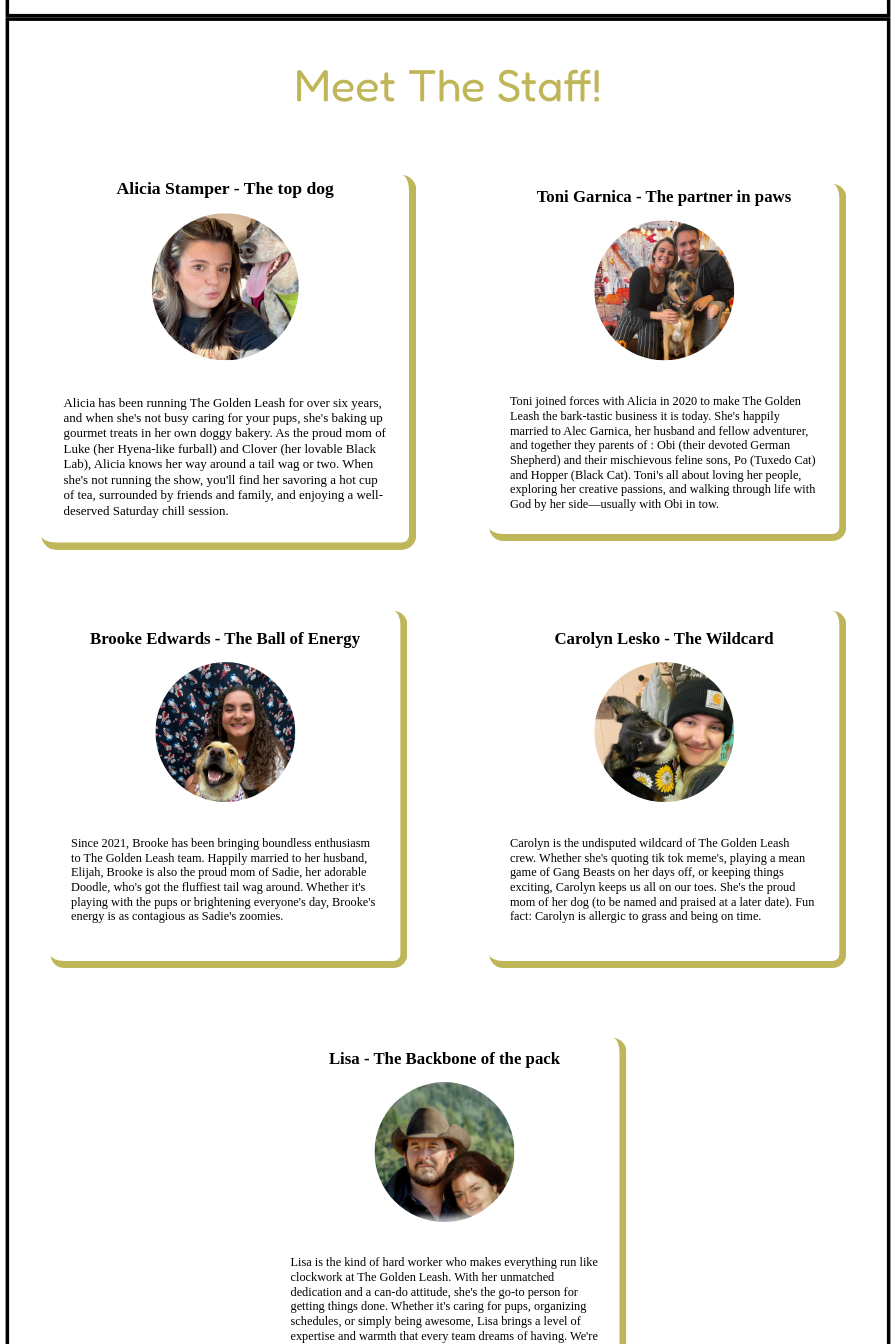
Repository: Aworminator/Thegoldenleash
Page: index.html
An editor plug-in stored every save of this project. The page is shown before and after the next save, followed by the edit.
The browser window is 1280 px wide. The pictures show the part of the page from y = 1817 to 3737 px (the page is 3873 px tall before and 3878 px after), at 70% of full size.
The pointer rests on the first visible `.card`.

Above is the page before, as saved 2025-06-26 16:21:53.

### index.html
<!DOCTYPE html>
<html lang="en">
  <head>
    <meta charset="UTF-8" />
    <meta name="viewport" content="width=device-width, initial-scale=1.0" />
    <title>The Golden Leash</title>
    <link
      rel="stylesheet"
      href="https://cdnjs.cloudflare.com/ajax/libs/font-awesome/6.5.0/css/all.min.css"
      integrity="sha512-..."
      crossorigin="anonymous"
      referrerpolicy="no-referrer"
    />
    <link rel="stylesheet" href="style.css" />
    <link rel="preconnect" href="https://fonts.googleapis.com" />
    <link rel="preconnect" href="https://fonts.gstatic.com" crossorigin />
    <link
      href="https://fonts.googleapis.com/css2?family=Fredoka:wght@300..700&display=swap"
      rel="stylesheet"
    />

    <!-- <h1>Welcome to the golden leash</h1> -->
  </head>
  <body>
    <section class="home-page">
      <div class="image-container">
        <div>
          <img src="./Images/GoldenLeashLogo No Nose.png" class="logo" />
        </div>

        <ul class="list">
          <li class="story">Our Story</li>
          <li>Services</li>
          <li>Contact Us</li>
        </ul>
      </div>
    </section>

    <section class="our-story">
      <h1>Our Story</h1>
      <p class="story-info">
        Lorem ipsum odor amet, consectetuer adipiscing elit. Aenean quis
        bibendum condimentum mauris primis integer sollicitudin porttitor.
        Blandit condimentum aptent condimentum orci rhoncus pellentesque euismod
        a. Varius imperdiet fermentum aptent mollis sem eu. Mattis ante pharetra
        quisque nam odio nascetur per. Vitae pellentesque massa facilisi
        maecenas ligula felis. Tristique pulvinar iaculis inceptos lectus elit
        fusce. <br /><br />
        Nisl erat purus sem imperdiet varius erat taciti cursus. Leo ante lectus
        potenti lacus viverra senectus commodo fringilla. Imperdiet est
        parturient ornare imperdiet tempor vulputate. Parturient porttitor
        quisque platea turpis vel porta. Torquent feugiat curabitur posuere
        hendrerit ipsum eros vel erat. Aenean netus proin arcu taciti nec
        efficitur ullamcorper.
      </p>
    </section>

    <section class="services">
      <h1>Services</h1>
      <div class="icon-container">
        <i class="fa-solid fa-house" id="icon"></i>
        <i class="fa-solid fa-dog" id="icon"></i>
        <i class="fa-solid fa-paw" id="icon"></i>
        <i class="fa-solid fa-bath" id="icon"></i>
      </div>
      <h1>Click for Info</h1>
      <p class="service-info">
        At The Golden Leash, we bring personalized care directly to you! Our
        team will stop by to check on your dog and take them for a walk tailored
        to their needs. Each walk typically lasts around 45 minutes, giving your
        pup plenty of exercise and attention. <br /><br />
        Your dog's safety and well-being are our top priorities. That’s why we
        monitor the weather closely, ensuring your furry friend isn’t exposed to
        unsafe conditions. We avoid walks in temperatures below 28°F, and during
        extreme heat, we’ll adjust walk times to protect your dog’s paws from
        hot sidewalks. Because your dog deserves the very best care—rain, shine,
        or snow!
      </p>
    </section>

    <section class="staff">
      <h1>Meet The Staff!</h1>
      <div id="staff-cards"></div>
    </section>
    <script src="script.js"></script>
  </body>
</html>

### style.css
h1 {
  font-family: "Fredoka", serif;
  font-optical-sizing: auto;
  font-weight: 400; /* Replace <weight> with a valid value */
  font-style: normal;
  color: #bfb65a;
  font-variation-settings: "wdth" 100;
  text-align: center;
  font-size: 4em;
}

.image-container {
  display: flex;
  flex-direction: row;
  justify-content: space-around;
}

.home-page {
  border: black solid 5px;
  min-height: 50vh;
}

.services,
.staff,
.our-story {
  border: black solid 5px;
  min-height: 600px;
}

.logo {
  height: 600px;
  width: auto;
}

.list {
  font-size: 3em;
  padding: 50px;
}

li {
  margin-bottom: 80px;
}

.icon-container {
  display: flex;
  justify-content: center;
}

#icon {
  background-color: #bfb65a;
  height: 100px;
  width: 100px;
  border-radius: 50%;
  display: flex;
  justify-content: center;
  align-items: center;
  font-size: 2em;
  margin: 30px;
}

#icon:hover {
  transform: scale(1.1);
  transition: transform 0.2s;
}

#icon:active {
  transform: scale(0.9);
  transition: transform 0.2s;
}

.service-info,
.story-info {
  text-align: center;
  font-size: 1.5rem;
  margin: 100px;
}

.service-info {
  display: none;
  background-color: rgb(182, 182, 182);
  border-radius: 10px;
  padding: 5px;
  animation: slide-fwd-tr 1.3s cubic-bezier(0.25, 0.46, 0.45, 0.94) both;
}

.card {
  height: 500px;
  width: 500px;
  border: none;
  border-bottom: 10px solid #bfb65a;
  border-right: 10px solid #bfb65a;
  border-radius: 20px;
  display: flex;
  flex-direction: column;
  justify-content: center;
  align-items: center;
  margin: 50px;
}

.card:hover {
  transform: scale(1.05);
  transition: transform 0.2s;
}

.profile-pic {
  height: 200px;
  border-radius: 50%;
  object-fit: cover;
  object-position: top;
  width: 200px;
}

#staff-cards {
  display: flex;
  flex-direction: row;
  flex-wrap: wrap;
  align-items: center;
  justify-content: space-around;
}

.staff-info {
  padding: 30px;
  font-size: 1.1em;
}

@keyframes slide-fwd-tr {
  0% {
    opacity: 0%;
    transform: translateZ(180px) translateY(120px) translateX(-120px);
  }
  100% {
    opacity: 100%;
    transform: translateZ(0px) translateY(0px) translateX(0px);
  }
}

@media (max-width: 900px) {
  .image-container {
    flex-direction: column;
    align-items: center;
  }
}

### script.js
const staffMembers = [
  {
    name: "Alicia Stamper",
    title: "The top dog",
    image: "./Images/Staff Pictures/Alicia TGL Picture.jpg",
    info: "Alicia has been running The Golden Leash for over six years, and when she's not busy caring for your pups, she's baking up gourmet treats in her own doggy bakery. As the proud mom of Luke (her Hyena-like furball) and Clover (her lovable Black Lab), Alicia knows her way around a tail wag or two. When she's not running the show, you'll find her savoring a hot cup of tea, surrounded by friends and family, and enjoying a well-deserved Saturday chill session.",
  },
  {
    name: "Toni Garnica",
    title: "The partner in paws",
    image: "./Images/Staff Pictures/Toni TGL Picture.jpg",
    info: "Toni joined forces with Alicia in 2020 to make The Golden Leash the bark-tastic business it is today. She's happily married to Alec Garnica, her husband and fellow adventurer, and together they parents of : Obi (their devoted German Shepherd) and their mischievous feline sons, Po (Tuxedo Cat) and Hopper (Black Cat). Toni's all about loving her people, exploring her creative passions, and walking through life with God by her side—usually with Obi in tow.",
  },
  {
    name: "Brooke Edwards",
    title: "The Ball of Energy",
    image: "./Images/Staff Pictures/Brooke TGL Picture.jpg",
    info: "Since 2021, Brooke has been bringing boundless enthusiasm to The Golden Leash team. Happily married to her husband, Elijah, Brooke is also the proud mom of Sadie, her adorable Doodle, who's got the fluffiest tail wag around. Whether it's playing with the pups or brightening everyone's day, Brooke's energy is as contagious as Sadie's zoomies.",
  },
  {
    name: "Carolyn Lesko",
    title: "The Wildcard",
    image: "./Images/Staff Pictures/Carolyn TGL Picture.jpg",
    info: "Carolyn is the undisputed wildcard of The Golden Leash crew. Whether she's quoting tik tok meme's, playing a mean game of Gang Beasts on her days off, or keeping things exciting, Carolyn keeps us all on our toes. She's the proud mom of her dog (to be named and praised at a later date). Fun fact: Carolyn is allergic to grass and being on time.",
  },
  {
    name: "Lisa",
    title: "The Backbone of the pack",
    image: "./Images/Staff Pictures/Lisa and rip Van Winkle.png",
    info: "Lisa is the kind of hard worker who makes everything run like clockwork at The Golden Leash. With her unmatched dedication and a can-do attitude, she's the go-to person for getting things done. Whether it's caring for pups, organizing schedules, or simply being awesome, Lisa brings a level of expertise and warmth that every team dreams of having. We're lucky to have her!",
  },
];

const house = document.querySelector(".fa-house");
const serviceInfo = document.querySelector(".service-info");
const service = document.querySelector(".services");
const staffCards = document.querySelector("#staff-cards");

house.addEventListener("click", () => {
  serviceInfo.style.display = "block";
  serviceInfo.scrollIntoView({ behavior: "smooth" });
});

staffMembers.forEach((person) => {
  const newCard = document.createElement("div");
  newCard.classList.add("card");
  newCard.innerHTML = `<h2>${person.name} - ${person.title}</h2>
          <img
            src="${person.image}"
            alt="${person.name} Profile-Pic"
            class="profile-pic"
          />
          <p class="staff-info">
            ${person.info}
          </p>`;
  staffCards.appendChild(newCard);
});

After the next save:
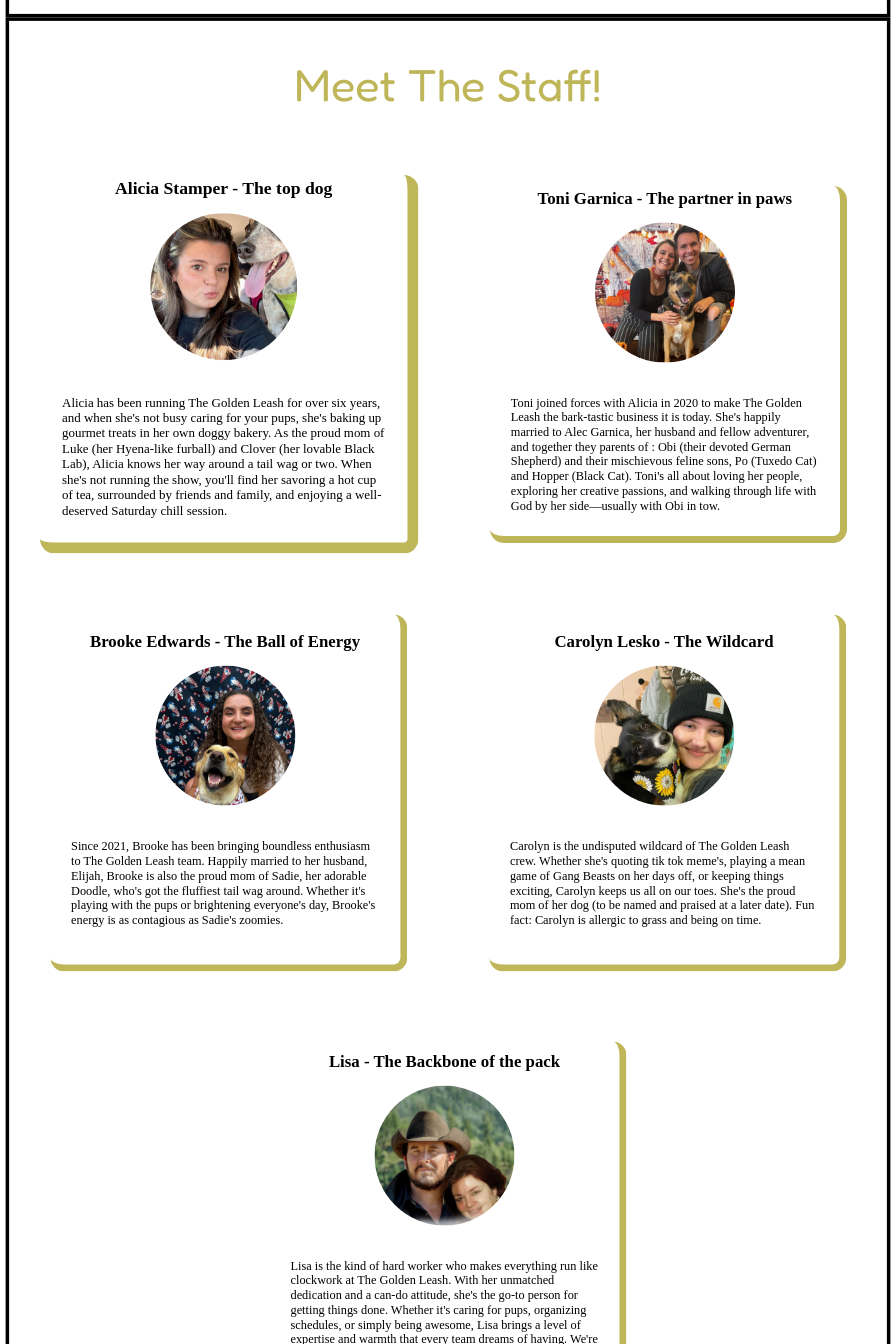
Saved 37 s later.
--- a/style.css
+++ b/style.css
@@ -100,6 +100,8 @@
 .card:hover {
   transform: scale(1.05);
   transition: transform 0.2s;
+  border-bottom: 15px solid #bfb65a;
+  border-right: 15px solid #bfb65a;
 }
 
 .profile-pic {

After the save that followed:
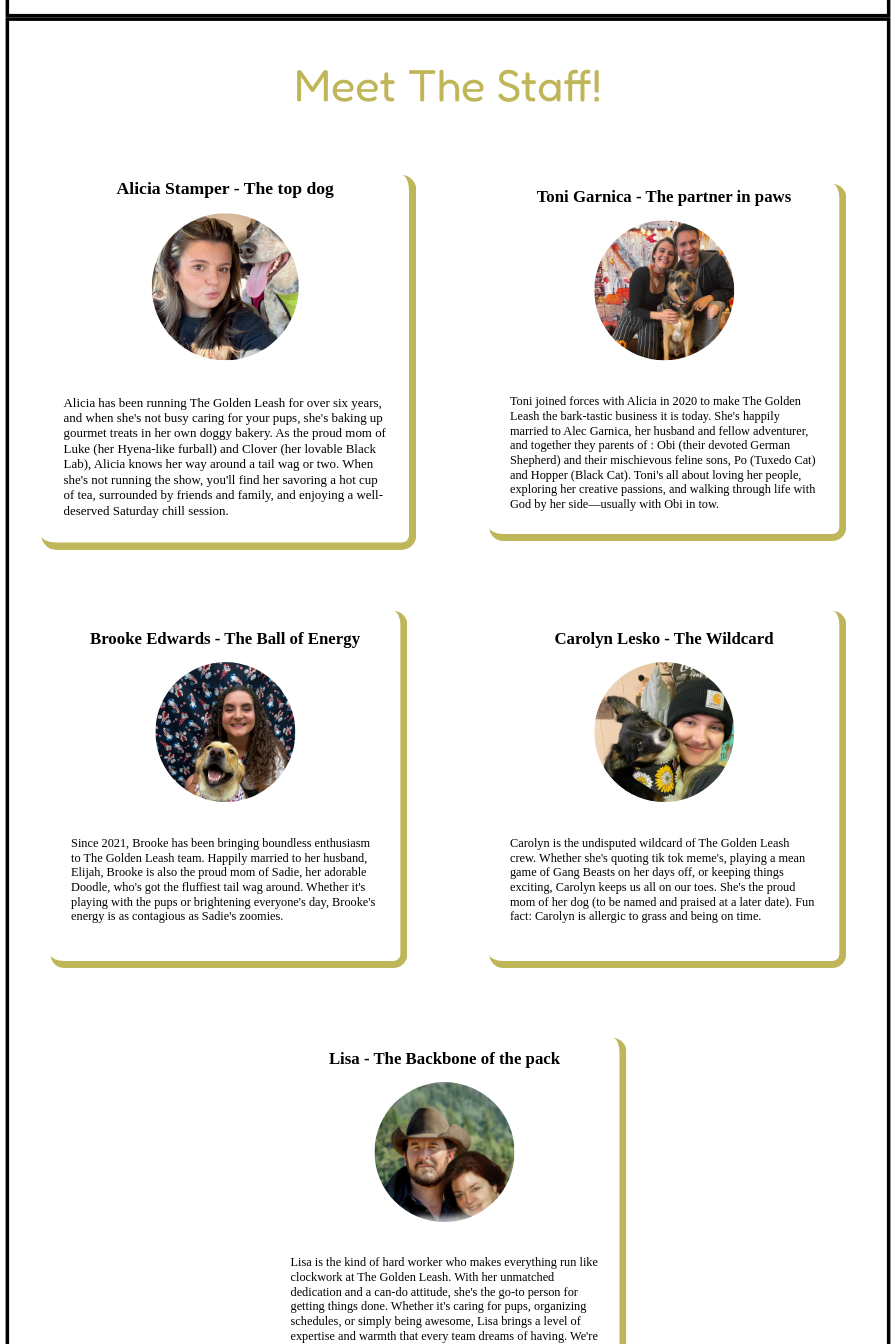
Saved 12 s later.
--- a/style.css
+++ b/style.css
@@ -100,8 +100,6 @@
 .card:hover {
   transform: scale(1.05);
   transition: transform 0.2s;
-  border-bottom: 15px solid #bfb65a;
-  border-right: 15px solid #bfb65a;
 }
 
 .profile-pic {
